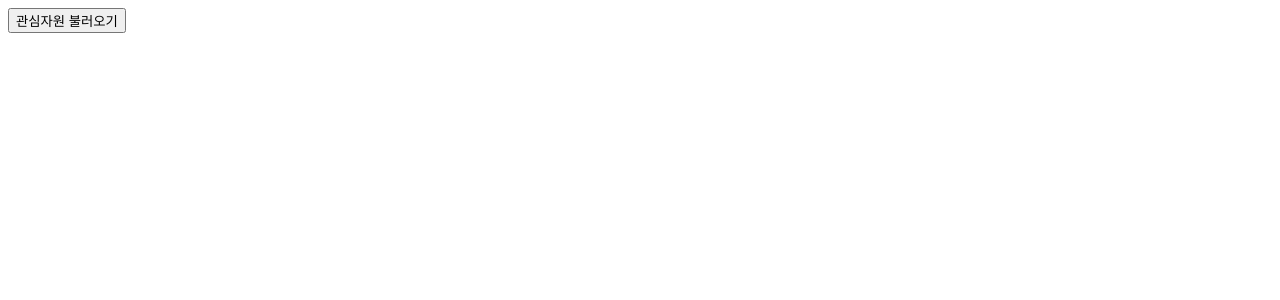
Repository: dlgywls1130/one_popup
Page: index.html
The author's editor kept a copy of each file at every save. The page is drawn from the files as they stood at one save, then again after the next save.
The browser window is 1280 px wide. The pictures show the whole page.
Some web fonts or font styles are not loaded; a fallback is used.

Above is the page before, as saved 2023-10-25 22:30:47.

### index.html
<!DOCTYPE html>
<html lang="en">
<head>
    <meta charset="UTF-8">
    <meta name="viewport" content="width=device-width, initial-scale=1.0">
    <title>관심자원</title>

    <link rel="stylesheet" href="./style.css">

</head>
<body>
    <button type="button" class="click_modal">관심자원 불러오기</button>

    <div class="modal_new">
        <div class="modal_head">
            <div class="modal_title">관심자원 불러오기</div>
            <div class="modal_right">
                <div class="refresh">
                    <img src="./img/reload.png">
                </div>
                <div class="close">
                    <img src="./img/close.png">
                </div>
            </div>
        </div>
        <div class="modal_body">
            <div class="all_check">
                <label>
                    <input type="checkbox">
                    <p>전체선택</p>
                </label>
            </div>

            <div class="body_all_list">
                <table class="list_table_wrap">
                    <tr class="table_head">
                        <th rowspan='2'>선택</th>
                        <th rowspan='2'>자원분류</th>
                        <th rowspan='2'>진단명</th>
                        <th rowspan='2'>인체유래물 종류</th>
                        <th colspan='2'>분양신청수량</th>
                    </tr>
                    <tr class="table_head">
                        <td class="column_sum">명수</td>
                        <td class="column_sum">바이알수</td>
                    </tr>
                    <tr class="table_body_content">
                        <td><input type="checkbox" name="choice"></td>
                        <td>종양성질환</td>
                        <td>간 및 간내 담관의 악성 신생물(C22)</td>
                        <td></td>
                        <td></td>
                        <td></td>
                    </tr>
                    <tr  class="table_body_content">
                        <td><input type="checkbox" name="choice"></td>
                        <td>종양성질환</td>
                        <td>간 및 간내 담관의 악성 신생물(C22)</td>
                        <td></td>
                        <td></td>
                        <td></td>
                    </tr>
                    <tr  class="table_body_content">
                        <td><input type="checkbox" name="choice"></td>
                        <td>종양성질환</td>
                        <td>간 및 간내 담관의 악성 신생물(C22)</td>
                        <td></td>
                        <td></td>
                        <td></td>
                    </tr>
                </table>
            </div>


            <p class="span_bottom">※관심자원보관함에서 신청 수량이 입력된 자원만 선택 가능합니다.</p>
            <div class="bookmark_link">
                <div class="bookmark_img"><img src="./img/bookmark.png"></div>
                <p>관심자원보관함 이동</p>
            </div>

            <div class="button_import">
                <button type="button">불러오기</button>
            </div>
        </div>
    </div>

    <div class="overlay"></div>
</body>

<script src="./main.js"></script>
</html>

### style.css


@import url('https://fonts.googleapis.com/css2?family=Noto+Sans+KR:wght@300;400;500;600;700&display=swap');

@import url('https://cdn.jsdelivr.net/gh/orioncactus/pretendard/dist/web/static/pretendard.css');




  .modal_new{
    font-family: 'Noto Sans KR', sans-serif;
  }

.modal_head{
    width: 100%;
    height: 46px;
    display: flex;
    align-items: center;
    justify-content: center;
    background-color: #1D2A75;
    position: relative;
}

.modal_title{
    font-size: 20px;
    letter-spacing: -0.03em;
    color: #fff;
    font-weight: 500;
}

.modal_right{
    position: absolute;
    top: 50%;
    right: 20px;
    transform: translate(0,-50%);
    display: flex;
    align-items: center;
}

.modal_right .refresh{
    margin-right: 15px;
}
.modal_right .refresh,
.modal_right .close{
    width: 20px;
    height: 20px;
}

.modal_right .refresh img,
.modal_right .close img{
    width: 100%;
    height: 100%;
}

.body_all_list{
    border-top: 1px solid #565656;
}

.list_table_wrap,
.list_table_wrap th,
.list_table_wrap td{
    border: 1px solid #E0E0E0;
    border-collapse: collapse;
}

.list_table_wrap tr th:nth-child(1),
.list_table_wrap tr td:nth-child(1){
    width: 5%;
}

.list_table_wrap tr th:nth-child(2),
.list_table_wrap tr td:nth-child(2){
    width: 20%;
}

.list_table_wrap tr th:nth-child(3),
.list_table_wrap tr td:nth-child(3){
    width: 25%;
}

.list_table_wrap tr th:nth-child(4),
.list_table_wrap tr td:nth-child(4){
    width: 20%;
}

.list_table_wrap tr th:nth-child(5),
.list_table_wrap tr td:nth-child(5){
    width: 15%;
}

.list_table_wrap tr th:nth-child(6),
.list_table_wrap tr td:nth-child(6){
    width: 15%;
}

.list_table_wrap .table_head{
    font-weight: 500;
    font-size: 16px;
    font-family: Pretendard,'Noto Sans KR', sans-serif;
    text-align: center;
}


.table_body_content td{
    font-weight: 400;
    font-size: 15px;
    letter-spacing: -0.03em;
    text-align: center;
    padding:15px;
    box-sizing: border-box;
}

.column_sum{

}

.bookmark_link{
    width: 160px;
    height: 30px;
    display: flex;
    align-items: center;
    border: 1px solid #DDDDDD;
    border-radius: 44px;
    justify-content: center;
}

.bookmark_link p{
    font-size: 14px;
    font-weight: 400;
    letter-spacing: -0.03em;
    margin: 0;
}

.bookmark_link .bookmark_img{
width: 14px;
height: 14px;
}

.bookmark_link .bookmark_img img{
    width: 100%;
    height: 100%;
    object-fit: contain;
}

.span_bottom{
    font-size: 14px;
    margin: 30px 0 10px;
}

.modal_new{
    width: 977px;
    height: 600px;
    display: none;
    position: absolute;
    top: 50%;
    left: 50%;
    transform: translate(-50%,-50%);
    z-index: 9;
}

.modal_body{
    padding: 30px 20px 50px;
    box-sizing: border-box;
    background: #fff;
}

.all_check {
    margin-bottom: 20px;
}
.all_check label{display: flex; align-items: center;}
.all_check label p{margin: 0;}

input[type="checkbox"] {
    appearance: none;
    width: 20px;
    height: 20px;
    border-radius: 50%;
    border: 1px solid #000;
    background-color: #fff;
    position: relative;
}

input[type="checkbox"]:checked:before {
    content: '';
    width: 12px;
    height: 12px;
    background-color: #000;
    position: absolute;
    top: 50%;
    left: 50%;
    transform: translate(-50%, -50%);
    border-radius: 50%;
}

### main.js
// modal open

document.querySelector('.click_modal').addEventListener('click', function(){
    document.querySelector('.modal_new').style.display = 'block';
    document.body.style.backgroundColor = 'rgba(0,0,0,0.7)'; // 어두운 배경
});

// modal close
document.querySelector('.close').addEventListener('click', function(){
    document.querySelector('.modal_new').style.display = 'none';
    document.body.style.backgroundColor = ''; // 배경색 초기화
});


// all checkbox
document.querySelector('.all_check input').addEventListener('change', function(){
    let checkboxes = document.querySelectorAll('.list_table_wrap input[name="choice"]');
    for(let checkbox of checkboxes) {
        checkbox.checked = this.checked; // all_check의 상태를 모든 체크박스에 적용
    }
});

After the next save:
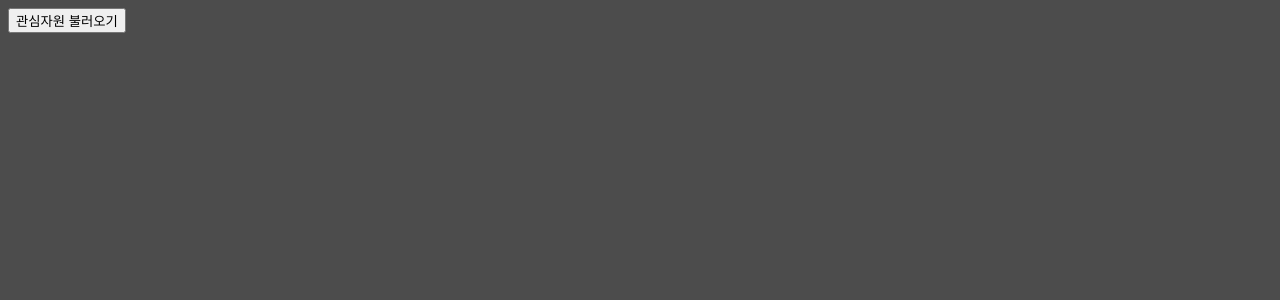
Saved 9 s later.
--- a/style.css
+++ b/style.css
@@ -191,3 +191,14 @@ input[type="checkbox"]:checked:before {
     transform: translate(-50%, -50%);
     border-radius: 50%;
 }
+
+.overlay {
+    position: fixed;
+    top: 0;
+    left: 0;
+    width: 100%;
+    height: 100%;
+    background-color: rgba(0,0,0,0.7);
+    z-index: -1;  // 모달 뒤에 배치되도록
+    display: none; // 처음에는 숨김
+}

After the save that followed:
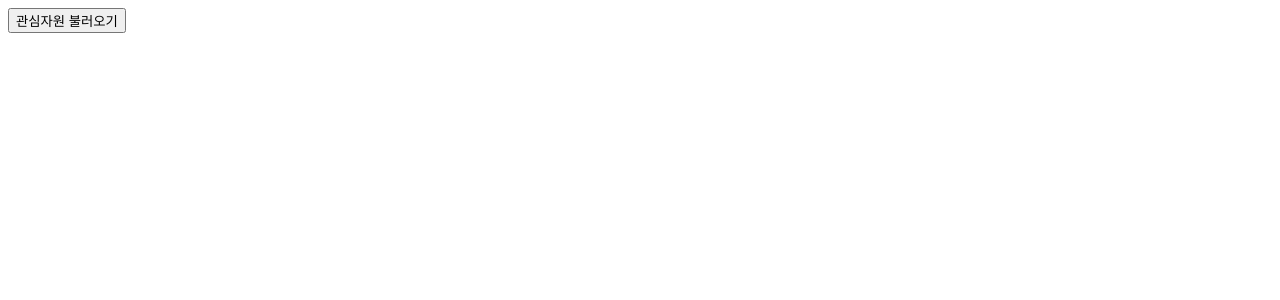
Saved 13 s later.
--- a/style.css
+++ b/style.css
@@ -199,6 +199,6 @@ input[type="checkbox"]:checked:before {
     width: 100%;
     height: 100%;
     background-color: rgba(0,0,0,0.7);
-    z-index: -1;  // 모달 뒤에 배치되도록
-    display: none; // 처음에는 숨김
-}
+    z-index: -1;
+    display: none;
+}
